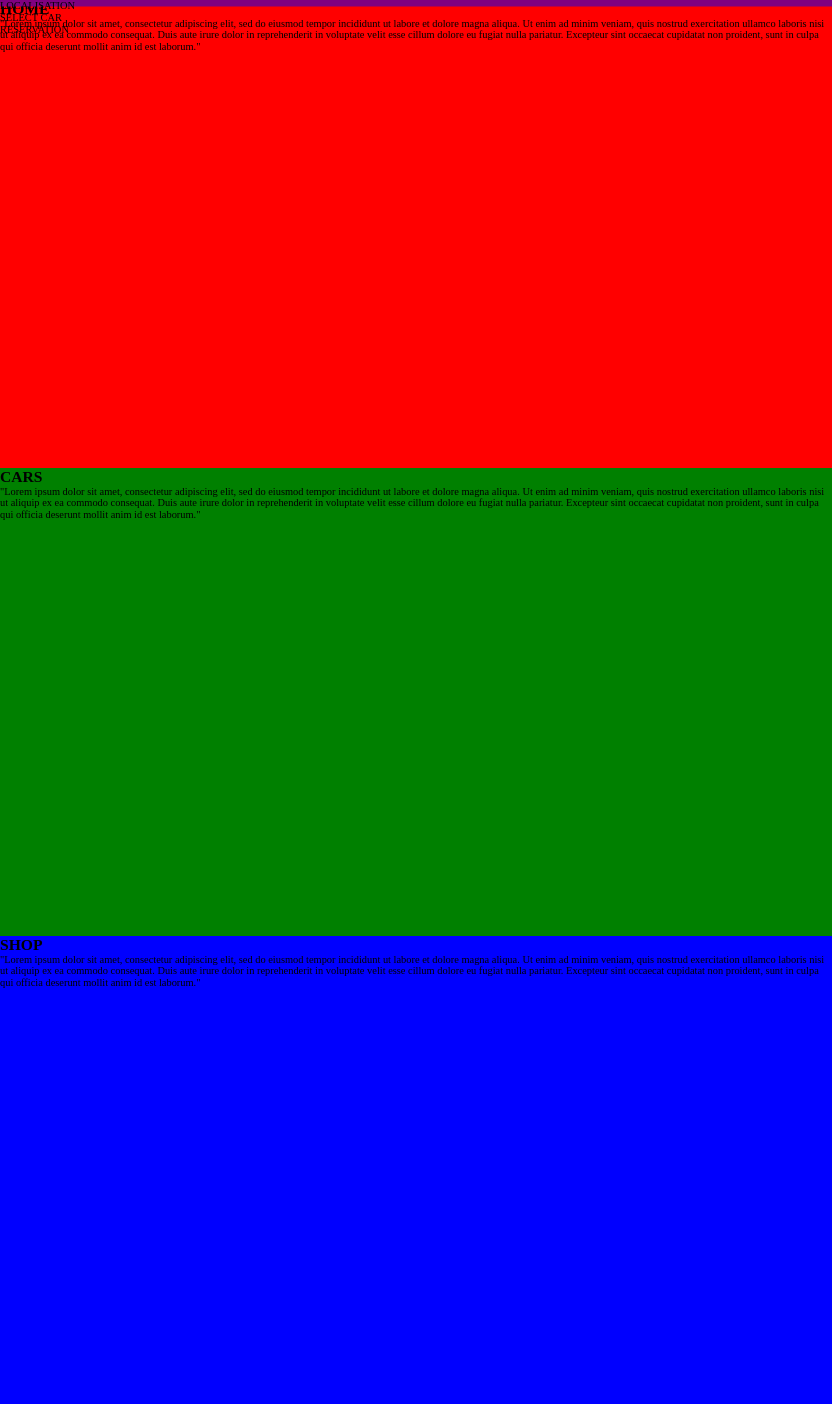
Repository: romgrm/jenaipasdevoiture
Page: src/main/java/fr/romgrm/index.html
An editor plug-in stored every save of this project. The page is shown before and after the next save, followed by the edit.
The browser window is 1280 px wide. The pictures show the whole page, at 65% of full size.

Above is the page before, as saved 2020-10-15 18:00:56.

### src/main/java/fr/romgrm/index.html
<!DOCTYPE html>
<html lang="fr">
    <head>
        <title>JENAIPASDARGENT</title>
        <link rel="stylesheet" href="style.css" type="text/css"/>
    </head>
    <body>

        <div id="CONTAINER">

            <nav id="navBar">
                <ul>
                    <li>LOCALISATION</li>
                    <li>SELECT CAR</li>
                    <li>RESERVATION</li>
                </ul>
            </nav>


            <Section id="Section" class="HOME">
                 <h2>HOME</h2>
                 <p>"Lorem ipsum dolor sit amet, consectetur adipiscing elit, sed do eiusmod tempor incididunt ut labore et dolore magna aliqua. Ut enim ad minim veniam, quis nostrud exercitation ullamco laboris nisi ut aliquip ex ea commodo consequat. Duis aute irure dolor in reprehenderit in voluptate velit esse cillum dolore eu fugiat nulla pariatur. Excepteur sint occaecat cupidatat non proident, sunt in culpa qui officia deserunt mollit anim id est laborum."</p>
            </Section>




            <Section id="Section" class="SELECTCAR">
                <h2>CARS</h2>
                <p>"Lorem ipsum dolor sit amet, consectetur adipiscing elit, sed do eiusmod tempor incididunt ut labore et dolore magna aliqua. Ut enim ad minim veniam, quis nostrud exercitation ullamco laboris nisi ut aliquip ex ea commodo consequat. Duis aute irure dolor in reprehenderit in voluptate velit esse cillum dolore eu fugiat nulla pariatur. Excepteur sint occaecat cupidatat non proident, sunt in culpa qui officia deserunt mollit anim id est laborum."</p>
            </Section>




            <Section id="Section" class="RECAPITULATE">
                <h2>SHOP</h2>
                <p>"Lorem ipsum dolor sit amet, consectetur adipiscing elit, sed do eiusmod tempor incididunt ut labore et dolore magna aliqua. Ut enim ad minim veniam, quis nostrud exercitation ullamco laboris nisi ut aliquip ex ea commodo consequat. Duis aute irure dolor in reprehenderit in voluptate velit esse cillum dolore eu fugiat nulla pariatur. Excepteur sint occaecat cupidatat non proident, sunt in culpa qui officia deserunt mollit anim id est laborum."</p>
            </Section>



        </div>

### src/main/java/fr/romgrm/style.css
*{
    margin: 0;
    padding: 0;
}

body{

}

#navBar{
    background-color: purple;
    position: fixed;
    top: 0;
    z-index: 1;
    display: flex;
    width: 100%;
    height: 10px;

}

#CONTAINER{
    height: 100%;
    width: 100%;

    scroll-behavior: smooth;
}


#Section{
    display: flex;
    flex-direction: column;
    width: 100%;
    height: 100vh; /* vh = Viewport Height : permet de dimensioner par rapport à la taille de l'écran*/

}
.HOME{
    background-color: red;
    margin: 0;
    padding: 0;
}

.SELECTCAR{
    background-color: green;
}

.RECAPITULATE{
    background-color: blue;
}

After the next save:
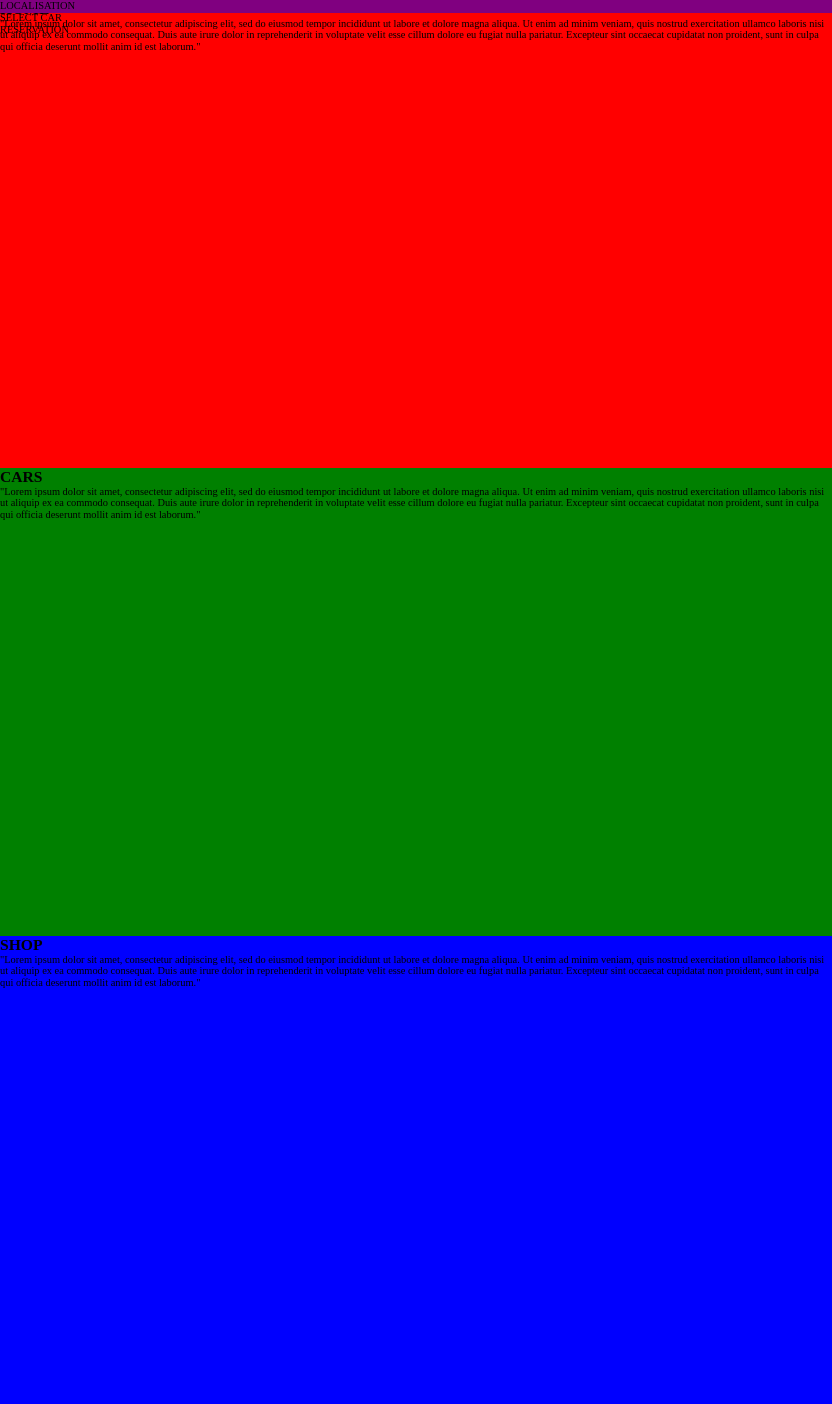
Saved 4 s later.
--- a/src/main/java/fr/romgrm/style.css
+++ b/src/main/java/fr/romgrm/style.css
@@ -14,7 +14,7 @@ body{
     z-index: 1;
     display: flex;
     width: 100%;
-    height: 10px;
+    height: 20px;
 
 }
 
